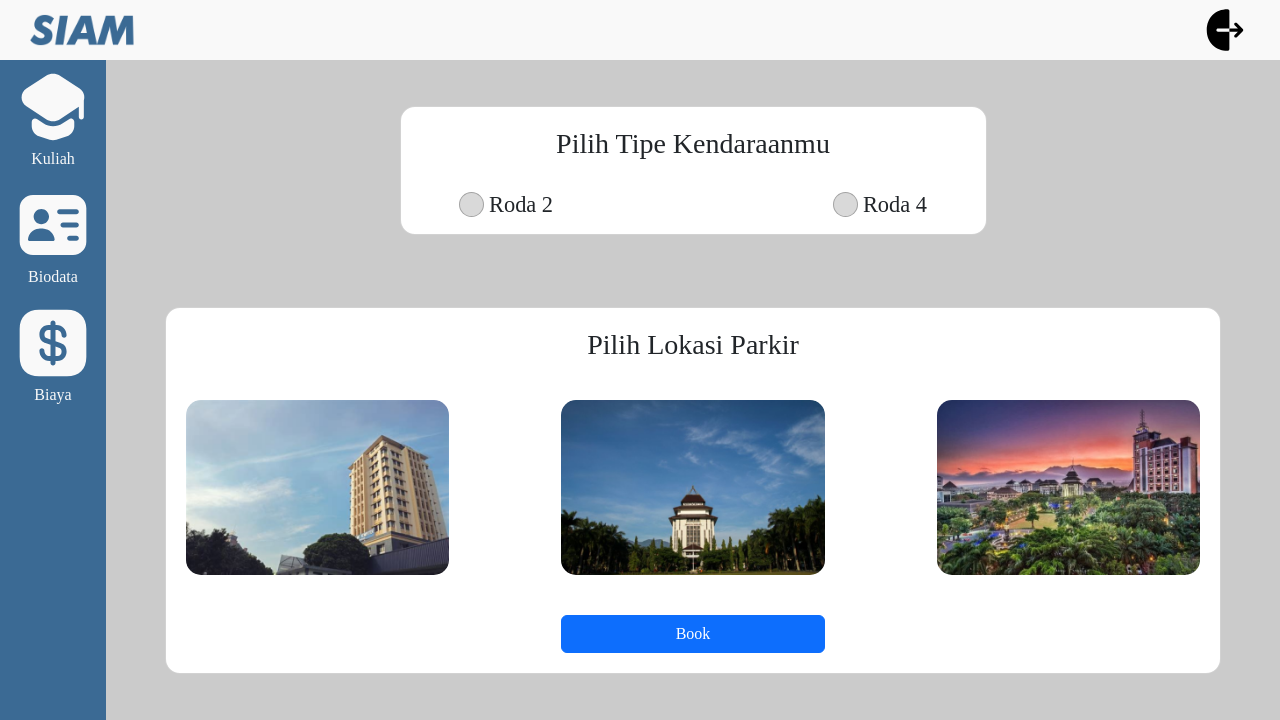
Repository: haikalirf/Project-IMK
Page: parkir.html
An editor plug-in stored every save of this project. The page is shown before and after the next save, followed by the edit.
The browser window is 1280 px wide. The pictures show the whole page.
Some web fonts or font styles are not loaded; a fallback is used.

Above is the page before, as saved 2022-12-12 23:46:07.

### parkir.html
<!DOCTYPE html>
<html lang="en">
<head>
	<meta charset="UTF-8">
	<meta http-equiv="X-UA-Compatible" content="IE=edge">
	<meta name="viewport" content="width=device-width, initial-scale=1.0">
	<title>SIAM</title>
	<link rel="icon" href="/assets/logo_ub.ico">
	<link rel="stylesheet" href="https://cdn.jsdelivr.net/npm/bootstrap@5.2.3/dist/css/bootstrap.min.css" integrity="sha384-rbsA2VBKQhggwzxH7pPCaAqO46MgnOM80zW1RWuH61DGLwZJEdK2Kadq2F9CUG65" crossorigin="anonymous">
	<link rel="stylesheet" href="/styles/parkir.css">
</head>
<body>
	<nav class="navbar" id="navbar">
		<a class="navbar-brand" href="/kuliah.html">
			<img id="navbar-image" src="/assets/SIAM.png" alt="SIAM">
		</a>
		<a class="navbar-link" href="landing.html">
			<img id="navbar-image" src="/assets/Logout.svg" alt="Logout">
		</a>
	</nav>
	<div class="mh-100" id="sidebar">
		<a class="btn" href="">
			<img id="sidebar-kuliah" src="/assets/Kuliah Logo.svg" alt="Kuliah">
			<label for="sidebar-kuliah">Kuliah</label>
		</a>
		<a class="btn" href="">
			<img id="sidebar-biodata" src="/assets/Biodata Logo.svg" alt="Biodata">
			<label for="sidebar-biodata">Biodata</label>
		</a>
		<a class="btn" href="">
			<img id="sidebar-biaya" src="/assets/Biaya Logo.svg" alt="Biaya">
			<label for="sidebar-biaya">Biaya</label>
		</a>
	</div>
	<main>
		<div class="card" id="cardTop">
			<h3 class="card-judul">Pilih Tipe Kendaraanmu</h3>
			<div class="d-flex justify-content-between" id="formRoda">
				<div class="form-check d-flex">
					<input class="form-check-input check-roda" type="radio" value="" name="radioRoda" id="checkRodaDua">
					<label class="form-check-label label-roda" for="checkRodaDua">
						Roda 2
					</label>
				</div>
				<div class="form-check d-flex">
					<input class="form-check-input check-roda" type="radio" value="" name="radioRoda" id="checkRodaEmpat">
					<label class="form-check-label label-roda" for="checkRodaEmpat">
						Roda 4
					</label>
				</div>
			</div>
		</div>
		<div class="card" id="cardBottom">
			<h3 class="card-judul">Pilih Lokasi Parkir</h3>
			<div class="d-flex align-content-around kumpulan-gambar-parkir">
				<input class="gambar-parkir" type="image" src="/assets/filkom.png" onclick="border(this)">
				<input class="gambar-parkir" type="image" src="/assets/rektorat.png" onclick="border(this)">
				<input class="gambar-parkir" type="image" src="/assets/seluruh_ub.png" onclick="border(this)">
			</div>
			<button type="button" class="btn btn-primary book-button">Book</button>
		</div>
	</main>
	<script src="https://cdn.jsdelivr.net/npm/bootstrap@5.2.3/dist/js/bootstrap.bundle.min.js" integrity="sha384-kenU1KFdBIe4zVF0s0G1M5b4hcpxyD9F7jL+jjXkk+Q2h455rYXK/7HAuoJl+0I4" crossorigin="anonymous"></script>
	<script src="/scripts/parkir.js"></script>
</body>
</html>

### styles/parkir.css
/* CSS Reset */
/*
	Josh's Custom CSS Reset
	https://www.joshwcomeau.com/css/custom-css-reset/
*/
*, *::before, *::after {
	box-sizing: border-box;
}
  * {
	margin: 0;
}
html, body {
	height: 100%;
}
body {
	line-height: 1.5;
	-webkit-font-smoothing: antialiased;
}
img, picture, video, canvas, svg {
	display: block;
	max-width: 100%;
}
input, button, textarea, select {
	font: inherit;
}
p, h1, h2, h3, h4, h5, h6 {
	overflow-wrap: break-word;
}
#root, #__next {
	isolation: isolate;
}
/* CSS Reset ends */

body {
	background-color: #cbcbcb;
	font-family: 'readex';
	font-size: 16px;
}

@font-face {
	font-family: 'readex';
	src:url('/assets/fonts/ReadexPro-Medium.ttf');
}

#navbar {
	display: flex;
	justify-content: space-between;
	position: fixed;
	background-color: #f9f9f9;
	z-index: 1;
	width: 100%;
	padding: 0px 30px;
}

#navbar-image {
	height: 50px;
}

main {
	padding-top: 60px;
	padding-left: 106px;
	display: flex;
	flex-direction: column;
	justify-content: center;
	align-items: center;
	height: 100vh;
	gap: 10vh;
}

#sidebar {
	background-color: #3b6a94;
	display: flex;
	flex-direction: column;
	flex: 1;
	position: fixed;
	height: 100vh;
	padding-top: 60px;
}

#sidebar img {
	width: 80px;
	height: 80px;
}

a img, a label {
	color: #f9f9f9;
}

.card {
	border-radius: 15px;
}

#cardTop {
	width: 50%;
	height: fit-content;
	display: flex;
	justify-content: center;
}

.card-judul {
	align-self: center;
	padding: 10px 0px;
	margin-top: 10px;
}

#formRoda {
	padding: 10px 10%;
	mar
}

.check-roda {
	width: 25px;
	height: 25px;
	background-color: #D9D9D9;
}

.label-roda {
	margin-left: 5px;
	font-size: 1.4em;
}

#cardBottom {
	width: 90%;
	height: fit-content;
	display: flex;
	justify-content: center;
}

.kumpulan-gambar-parkir {
	justify-content: space-between;
}

.gambar-parkir {
	box-sizing: content-box;
	border-radius: 15px;
	width: 25%;
	height: 16.6%px;
	margin: 20px;
}

.book-button {
	align-self: center;
	width: 25%;
	margin: 20px;
}

### scripts/parkir.js
function border(image) {
	const allImage = document.querySelectorAll('.gambar-parkir');
	allImage.forEach(e => {
		e.style.outline = "";
	});
	image.style.outline = "8px solid #3B6A94";
}

function check(checkbox) {
	const allCheckbox = document.querySelectorAll('.check-roda');
	allCheckbox.forEach(e => {
		e.style.outline = "";
	});
	image.style.outline = "8px solid #3B6A94";
}

After the next save:
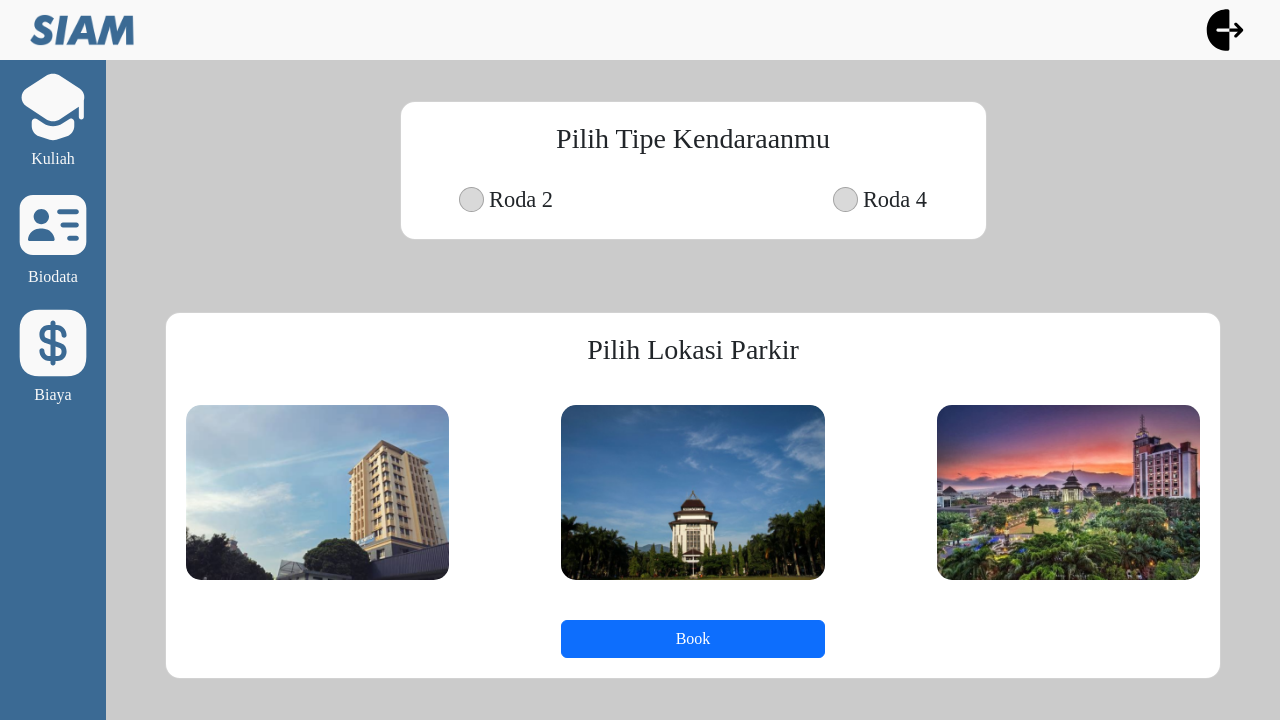
Saved 10 s later.
--- a/styles/parkir.css
+++ b/styles/parkir.css
@@ -105,7 +105,7 @@ a img, a label {
 
 #formRoda {
 	padding: 10px 10%;
-	mar
+	margin-bottom: 10px;
 }
 
 .check-roda {
